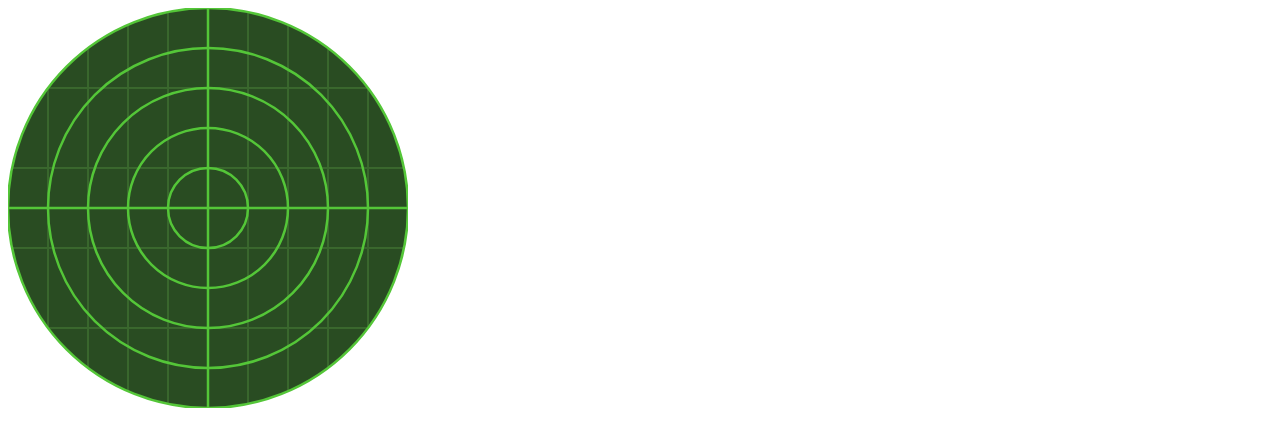
Repository: pedro-mancano/ProjetoCDM204
Page: scripts/radar.html
These files come from the project's save history. The page is drawn as it stood at one moment and after the next save; the edit follows.
The browser window is 1280 px wide. The pictures show the whole page.

Above is the page before, as saved 2024-11-27 08:39:34.

After the next save:
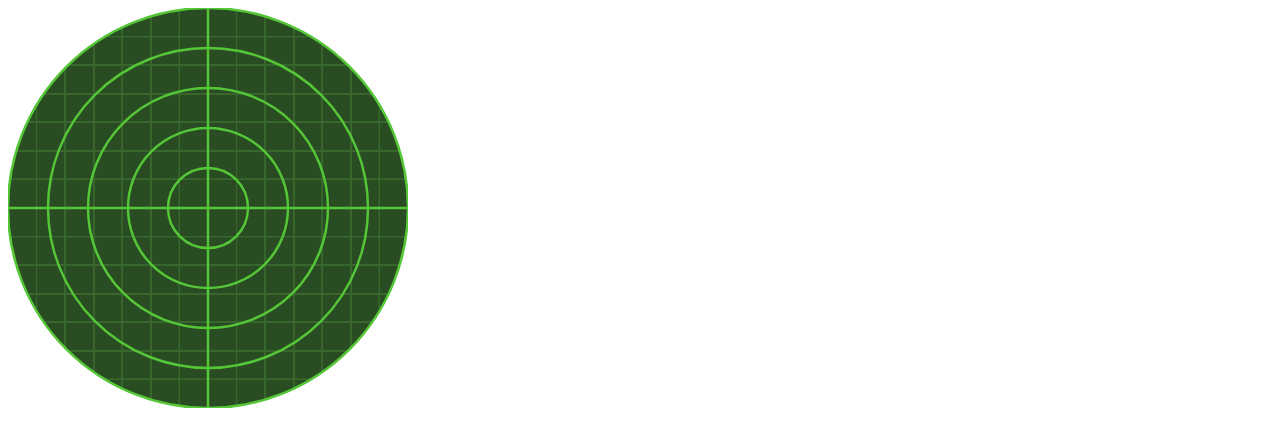
Saved 7 s later.
--- a/scripts/radar.js
+++ b/scripts/radar.js
@@ -19,8 +19,8 @@ function draw(elapsed) {
   //
   ctx.strokeStyle = '#3a682e';
   ctx.lineWidth = 1;
-  for (let i = 0; i < 2 * R; i += R / 5) {
-    for (let j = 0; j < 2 * R; j += R / 2.5) {
+  for (let i = 0; i < 2 * R; i += R / 7) {
+    for (let j = 0; j < 2 * R; j += R / 7) {
       ctx.beginPath();
       ctx.moveTo(i, 0);
       ctx.lineTo(i, 2 * R);
